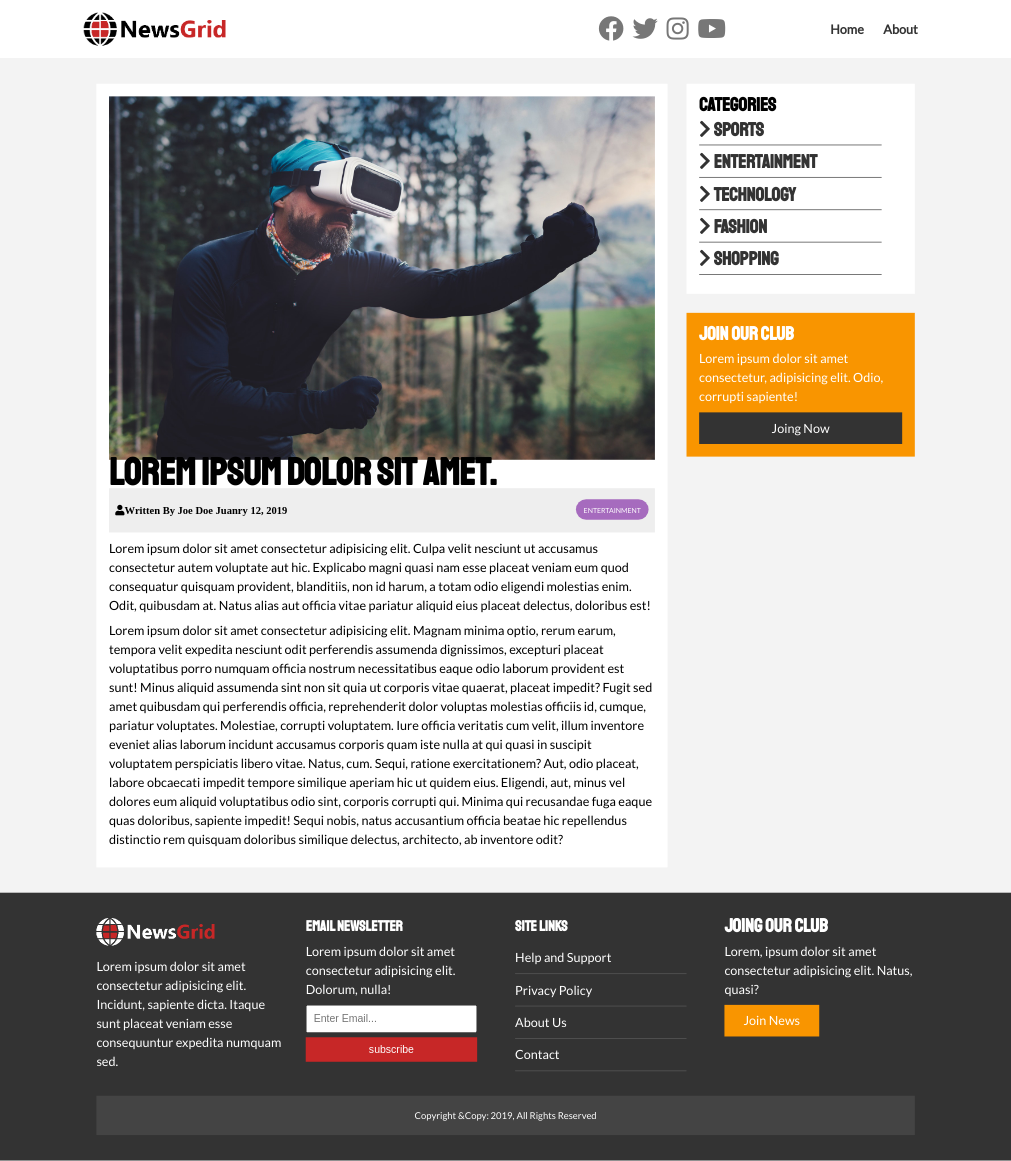
Repository: EswinGiova/NewsGrid
Page: article.html
These files come from the project's save history. The page is drawn as it stood at one moment and after the next save; the edit follows.
The browser window is 1280 px wide. The pictures show the whole page, at 79% of full size.
Some web libraries are served in a nearby version.

Above is the page before, as saved 2020-09-21 17:49:57.

### article.html
<!DOCTYPE html>
<html lang="en">
  <head>
    <meta charset="UTF-8" />
    <meta name="viewport" content="width=device-width, initial-scale=1.0" />
    <link rel="shortcut icon" type="image/x-icon" href="favicon.ico" />
    <link
      href="https://fonts.googleapis.com/css2?family=Lato&family=Staatliches&display=swap"
      rel="stylesheet"
    />
    <link rel="stylesheet" href="./css/style.css" />
    <link
      rel="stylesheet"
      media="screen and (max-width: 768px)"
      href="./css/mobile.css"
    />

    <link
      rel="stylesheet"
      href="https://cdnjs.cloudflare.com/ajax/libs/font-awesome/5.14.0/css/all.min.css"
      integrity="sha512-1PKOgIY59xJ8Co8+NE6FZ+LOAZKjy+KY8iq0G4B3CyeY6wYHN3yt9PW0XpSriVlkMXe40PTKnXrLnZ9+fkDaog=="
      crossorigin="anonymous"
    />

    <title>NewsGrid | Latest News</title>
  </head>
  <body>
    <nav id="main-nav">
      <div class="container">
        <img src="./image_resources/logo.png" alt="" class="logo" />
        <div class="social">
          <a href="#" target="_blank"><i class="fab fa-facebook fa-2x"></i></a>
          <a href="#" target="_blank"><i class="fab fa-twitter fa-2x"></i></a>
          <a href="#" target="_blank"><i class="fab fa-instagram fa-2x"></i></a>
          <a href="#" target="_blank"><i class="fab fa-youtube fa-2x"></i></a>
        </div>
        <ul>
          <li><a href="./index.html">Home</a></li>
          <li><a href="./about.html">About </a></li>
        </ul>
      </div>
    </nav>

    <section id="article">
      <div class="container">
        <div class="page-container">
          <article class="card">
            <img src="./image_resources/articles/ent1.jpg" alt="" />
            <h1 class="l-heading">Lorem ipsum dolor sit amet.</h1>
            <div class="meta">
              <small>
                <i class="fas fa-user">Written By Joe Doe Juanry 12, 2019</i>
              </small>
              <div class="category category-ent">Entertainment</div>
            </div>
            <p>
              Lorem ipsum dolor sit amet consectetur adipisicing elit. Culpa
              velit nesciunt ut accusamus consectetur autem voluptate aut hic.
              Explicabo magni quasi nam esse placeat veniam eum quod consequatur
              quisquam provident, blanditiis, non id harum, a totam odio
              eligendi molestias enim. Odit, quibusdam at. Natus alias aut
              officia vitae pariatur aliquid eius placeat delectus, doloribus
              est!
            </p>
            <p>
              Lorem ipsum dolor sit amet consectetur adipisicing elit. Magnam
              minima optio, rerum earum, tempora velit expedita nesciunt odit
              perferendis assumenda dignissimos, excepturi placeat voluptatibus
              porro numquam officia nostrum necessitatibus eaque odio laborum
              provident est sunt! Minus aliquid assumenda sint non sit quia ut
              corporis vitae quaerat, placeat impedit? Fugit sed amet quibusdam
              qui perferendis officia, reprehenderit dolor voluptas molestias
              officiis id, cumque, pariatur voluptates. Molestiae, corrupti
              voluptatem. Iure officia veritatis cum velit, illum inventore
              eveniet alias laborum incidunt accusamus corporis quam iste nulla
              at qui quasi in suscipit voluptatem perspiciatis libero vitae.
              Natus, cum. Sequi, ratione exercitationem? Aut, odio placeat,
              labore obcaecati impedit tempore similique aperiam hic ut quidem
              eius. Eligendi, aut, minus vel dolores eum aliquid voluptatibus
              odio sint, corporis corrupti qui. Minima qui recusandae fuga eaque
              quas doloribus, sapiente impedit! Sequi nobis, natus accusantium
              officia beatae hic repellendus distinctio rem quisquam doloribus
              similique delectus, architecto, ab inventore odit?
            </p>
          </article>
          <aside id="categories" class="card">
            <h2>
              categories
              <ul class="list">
                <li>
                  <a href="#"><i class="fas fa-chevron-right"></i> sports </a>
                </li>
                <li>
                  <a href="#"
                    ><i class="fas fa-chevron-right"></i> Entertainment
                  </a>
                </li>
                <li>
                  <a href="#"
                    ><i class="fas fa-chevron-right"></i> Technology
                  </a>
                </li>
                <li>
                  <a href="#"><i class="fas fa-chevron-right"></i> Fashion </a>
                </li>
                <li>
                  <a href="#"><i class="fas fa-chevron-right"></i> Shopping </a>
                </li>
              </ul>
            </h2>
          </aside>
          <aside class="card bg-secondary">
            <h2>Join Our Club</h2>
            <p>
              Lorem ipsum dolor sit amet consectetur, adipisicing elit. Odio,
              corrupti sapiente!
            </p>
            <a href="#" class="btn btn-dark btn-block">Joing Now</a>
          </aside>
        </div>
      </div>
    </section>

    <!-- footer -->
    <footer id="main-footer" class="py-2">
      <div class="container footer-container">
        <div>
          <img src="./image_resources/logo_light.png" alt="news" />
          <p>
            Lorem ipsum dolor sit amet consectetur adipisicing elit. Incidunt,
            sapiente dicta. Itaque sunt placeat veniam esse consequuntur
            expedita numquam sed.
          </p>
        </div>
        <div>
          <h3>Email Newsletter</h3>
          <p>
            Lorem ipsum dolor sit amet consectetur adipisicing elit. Dolorum,
            nulla!
          </p>
          <form>
            <input type="email" placeholder="Enter Email..." />
            <input type="submit" value="subscribe" class="btn btn-primary" />
          </form>
        </div>
        <div>
          <h3>Site Links</h3>
          <ul class="list">
            <li><a href="#">Help and Support</a></li>
            <li><a href="#">Privacy Policy</a></li>
            <li><a href="#">About Us</a></li>
            <li><a href="#">Contact</a></li>
          </ul>
        </div>
        <div>
          <h2>Joing Our CLub</h2>
          <p>
            Lorem, ipsum dolor sit amet consectetur adipisicing elit. Natus,
            quasi?
          </p>
          <a href="#" class="btn btn-secondary">Join News</a>
        </div>
        <div>
          <p>Copyright &Copy: 2019, All Rights Reserved</p>
        </div>
      </div>
    </footer>
  </body>
</html>

### css/style.css
:root {
  --primary-color: #c72727;
  --secondary-color: #f99500;
  --light-color: #f3f3f3;
  --dark-color: #333;
  --max-width: 1100px;
}

.category {
  --sports-color: #f99500;
  --ent-color: #a66bbe;
  --tech-color: #009cff;
}
* {
  margin: 0;
  padding: 0;
  box-sizing: border-box;
}
body {
  font-family: 'Lato', sans-serif !important;
  line-height: 1.5;
  background: var(--light-color);
}

a {
  color: var(--dark-color);
  text-decoration: none;
}

ul {
  list-style: none;
}
p {
  margin: 0.5rem 0;
}

img {
  width: 100%;
}

h1,
h2,
h3,
h4,
h5,
h6 {
  font-family: 'Staatliches', cursive;
  margin-bottom: 0.55rem;
  line-height: 1.3rem;
}

/*  utility class */

.container {
  max-width: var(--max-width);
  margin: auto;
  padding: 0 2rem;
  overflow: hidden;
}

/* category */

.category {
  display: inline-block;
  color: #fff;
  font-size: 0.55rem;
  text-transform: uppercase;
  padding: 0.4rem 0.6rem;
  border-radius: 15px;
  margin-bottom: 0.5rem;
}

.category-sports {
  background: var(--sports-color);
}
.category-ent {
  background: var(--ent-color);
}
.category-tech {
  background: var(--tech-color);
}

/* btn */

.btn {
  display: inline-block;
  border: none;
  background: var(--dark-color);
  color: #fff;
  padding: 0.5rem 1.5rem;
}

.btn-light {
  background: var(--light-color);
}
.btn-primary {
  background: var(--primary-color);
}
.btn-secondary {
  background: var(--secondary-color);
}
.btn:hover {
  opacity: 0.8;
}

.btn-block {
  display: block;
  width: 100%;
  text-align: center;
}

/* cards */

.card {
  background: white;
  padding: 1rem;
}

.bg-dark {
  background: var(--dark-color);
  color: white;
}
.bg-primary {
  background: var(--primary-color);
  color: white;
}
.bg-secondary {
  background: var(--secondary-color);
  color: #fff;
}
.py-1 {
  padding: 1.5rem 0;
}
.py-2 {
  padding: 2rem 0;
}
.py-3 {
  padding: 3rem 0;
}
.p-1 {
  padding: 1.5rem;
}
.p-2 {
  padding: 2rem;
}
.p-3 {
  padding: 3rem;
}

.l-heading {
  font-size: 3rem;
}

.bg-dark h1,
.bg-dark h2,
.bg-dark h3,
.bg-dark a,
.bg-primary h1,
.bg-primary h2,
.bg-primary h3,
.bg-primary a,
.bg-secondary h1,
.bg-secondary h2,
.bg-secondary h3,
.bg-secondary a {
  color: #fff;
}

.list li {
  padding: 0.5rem 0;
  border-bottom: 1px solid #555;
  width: 90%;
}
.list li a:hover {
  color: var(--primary-color) !important;
}

/* inner page container */
.page-container {
  display: grid;
  grid-template-columns: 5fr 2fr;
  margin: 2rem 0;
  grid-gap: 1.5rem;
}
.page-container > *:first-child {
  grid-row: 1 / span 3;
}

/* Navigation */
#main-nav {
  background: #fff;
  position: sticky;
  top: 0;
  z-index: 2;
}

#main-nav .container {
  display: grid;
  grid-template-columns: 6fr 3fr 2fr;
  padding: 1rem;
  align-items: center;
}

#main-nav .logo {
  width: 180px;
}

#main-nav ul {
  display: flex;
  justify-self: end;
}

#main-nav ul li a {
  padding: 0.77rem;
  font-weight: bold;
}

#main-nav ul li .current {
  background: var(--primary-color);
  color: white;
}

#main-nav ul li .current:hover {
  background: var(--light-color);
  color: var(--dark-color);
}
#main-nav .social {
  justify-self: center;
}

#main-nav .social i {
  color: #777;
  margin-left: 0.5rem;
}

/* showcase */
#showcase {
  background: #333;
  color: #fff;
  position: relative;
}

#showcase:before {
  content: '';
  background: url('../image_resources/featured.jpg') center center/cover;
  position: absolute;
  top: 0;
  left: 0;
  width: 100%;
  height: 100%;
  opacity: 0.4;
}
#showcase .showcase-container {
  height: 50vh;
  display: grid;
  grid-template-columns: repeat(2, 1fr);
  justify-content: center;
  align-content: center;
}
#showcase .showcase-container .showcase-content {
  z-index: 2;
  text-align: justify;
}
#showcase .showcase-container .showcase-content p {
  margin: 1rem 0;
}
/* Home Articles  */

#home-articles .articles-container {
  display: grid;
  grid-template-columns: repeat(3, 1fr);
  grid-gap: 1rem;
}

#home-articles .articles-container > *:first-child,
#home-articles .articles-container > *:last-child {
  display: grid;
  grid-template-columns: repeat(2, 1fr);
  grid-column: 1 / span 2;
  grid-gap: 1rem;
  align-items: center;
}
#home-articles .articles-container > *:last-child {
  grid-column: 2 / span 2;
}

#article .meta {
  display: flex;
  justify-content: space-between;

  align-items: center;
  background: #eee;
  padding: 0.5rem;
}

#article .meta .category {
  margin-top: 0.4rem;
}

/* footer */
#main-footer {
  background: var(--dark-color);
  color: #fff;
}

#main-footer img {
  width: 150px;
}

#main-footer a {
  color: #fff;
}

#main-footer .footer-container {
  display: grid;
  grid-template-columns: repeat(4, 1fr);
  grid-gap: 1.5rem;
}

#main-footer .footer-container > *:last-child {
  grid-column: 1 / span 4;
  text-align: center;
  background: #444;

  font-size: 0.75rem;
  padding: 0.5rem;
}

#main-footer .footer-container input[type='email'] {
  width: 90%;
  padding: 0.5rem;
  margin-bottom: 0.4rem;
}

#main-footer .footer-container input[type='submit'] {
  width: 90%;
}

/* about our page  */

Loaded but not shown: css/mobile.css (no copy from this time; the picture is the same without it)

After the next save:
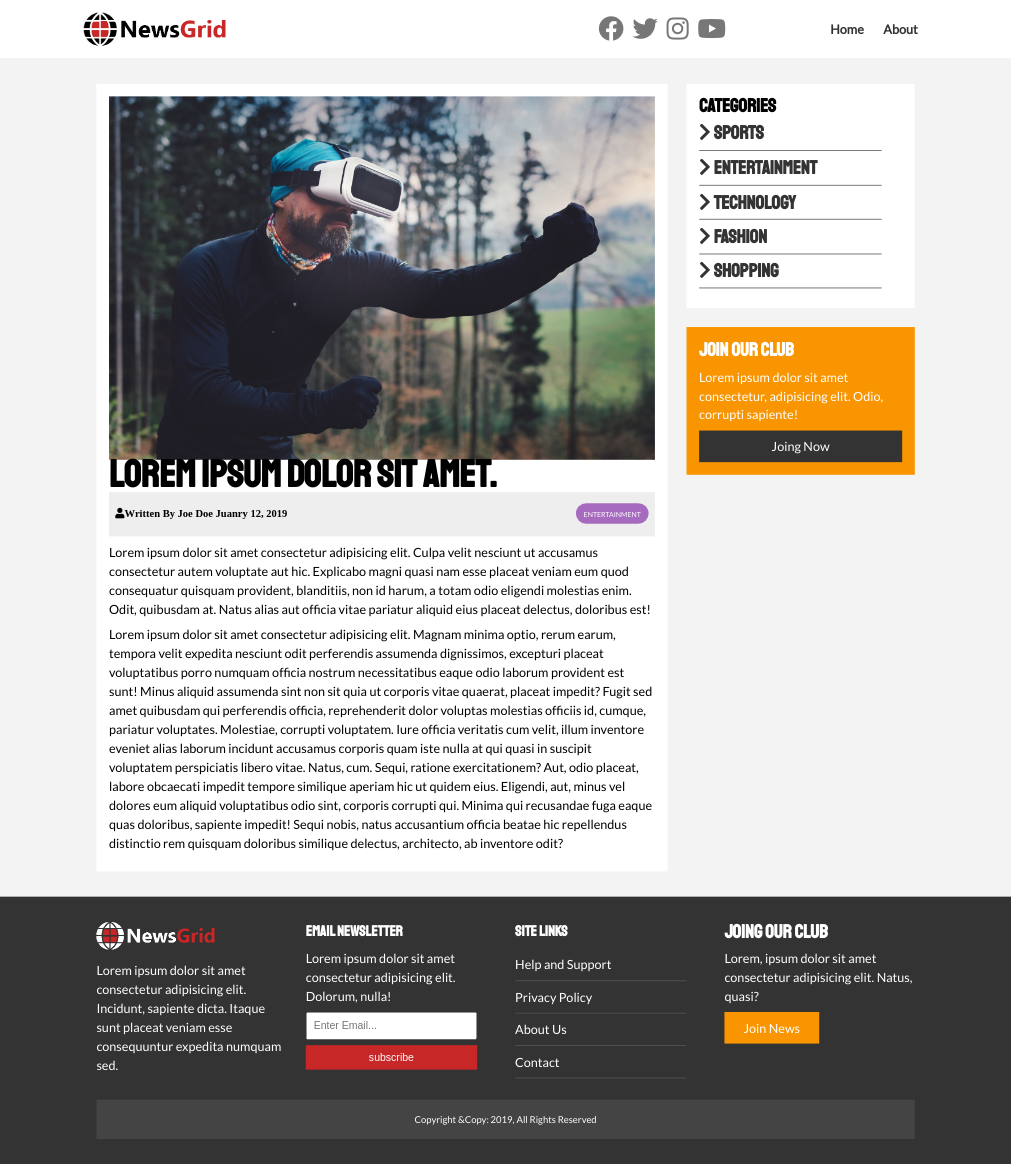
Saved 12 s later.
--- a/css/style.css
+++ b/css/style.css
@@ -46,7 +46,7 @@ h5,
 h6 {
   font-family: 'Staatliches', cursive;
   margin-bottom: 0.55rem;
-  line-height: 1.3rem;
+  line-height: 1.6rem;
 }
 
 /*  utility class */
